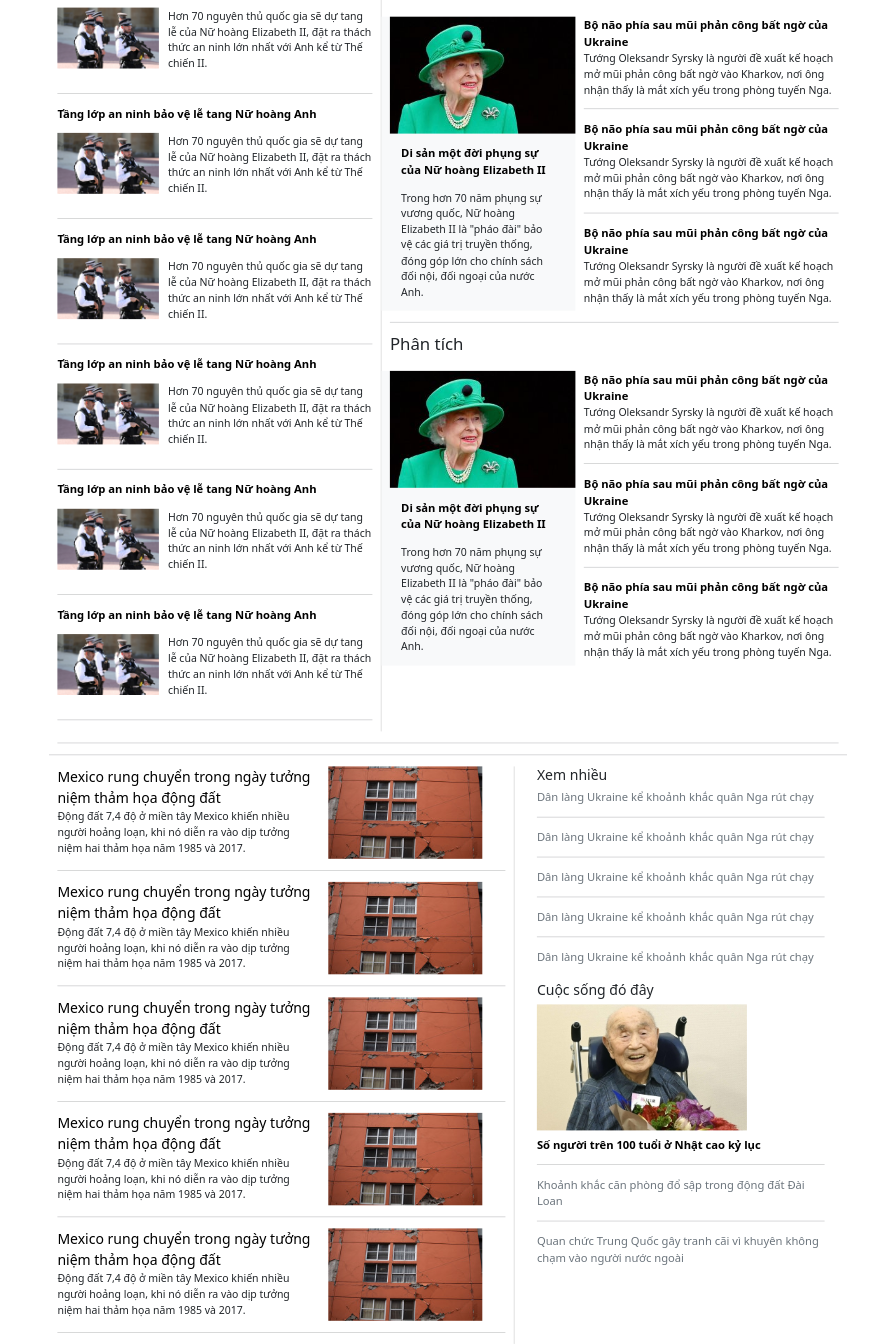
Repository: trongtamdev/lession1_html_sleepcloud
Page: vnExpress.html
An editor plug-in stored every save of this project. The page is shown before and after the next save, followed by the edit.
The browser window is 1280 px wide. The pictures show the part of the page from y = 707 to 2627 px (the page is 2627 px tall), at 70% of full size.

Above is the page before, as saved 2022-09-20 15:40:00.

### vnExpress.html
<!DOCTYPE html>
<html lang="en">
  <head>
    <meta charset="UTF-8" />
    <meta http-equiv="X-UA-Compatible" content="IE=edge" />
    <meta name="viewport" content="width=device-width, initial-scale=1.0" />
    <title>VNExpress</title>
    <link href="./styles/bootstrap.css" rel="stylesheet" />
    <link href="./styles/main.css" rel="stylesheet" />
  </head>
  <body>
    <div class="container">
      <div class="row">
        <div class="col-lg-8 mt-3">
          <div class="row bg-light">
            <div class="col-8">
              <img
                class="img-fluid"
                src="./assets/vnEpressImage/spotlight.jpg"
                alt="img-spotlight"
              />
            </div>
            <div class="col-4 mt-3">
              <h4><b>Tầng lớp an ninh bảo vệ lễ tang Nữ hoàng Anh</b></h4>
              <div class="mb-3">
                Hơn 70 nguyên thủ quốc gia sẽ dự tang lễ của Nữ hoàng Elizabeth
                II, đặt ra thách thức an ninh lớn nhất với Anh kể từ Thế chiến
                II.
              </div>
              <span class="text-muted">1' trước</span>
              <span class="text-muted mx-2">Thế giới</span>
            </div>
          </div>
          <hr />
          <div class="row">
            <div class="col-4">
              <a class="title-post" href="#">
                <b>
                  Điện Kremlin nói Nga - Trung không tìm cách kiểm soát thế
                  giới</b
                >
              </a>
              <div>
                Điện Kremlin cho rằng Nga, Trung Quốc không tìm cách kiểm soát
                thế giới "như những nước khác" và tố Mỹ là nguồn cơn của các
                hành động khiêu khích.
              </div>
            </div>
            <div class="col-4">
              <a class="title-post" href="#">
                <b> Ukraine tuyên bố chọc thủng phòng tuyến ven sông của Nga</b>
              </a>
              <div>
                Quân đội Ukraine tuyên bố các binh sĩ đã vượt sông Oskil đoạn
                chảy qua tỉnh Kharkov và phá vỡ phòng tuyến của lực lượng Nga.
              </div>
            </div>
            <div class="col-4">
              <a class="title-post" href="#">
                <b> Khoảnh khắc căn phòng đổ sập trong động đất Đài Loan</b>
              </a>
              <div>
                Phòng chơi cầu lông ở phía bắc Đài Loan rung lắc dữ dội và đổ
                sập trong lúc trận động đất mạnh 6,8 độ tấn công hòn đảo.
              </div>
            </div>
          </div>
          <hr />
          <div class="">
            <span class="text-muted">Chủ đề</span>
            <a class="ms-4 title-link" href="#"
              >Nữ hoàng Anh Elizabeth II qua đời</a
            >
          </div>
          <hr />
        </div>
        <!--END: LEFT SIDE 8 SPOTLIGHT-->

        <div class="col-lg-4 mt-3">
          <div class="row mt-3">
            <div class="col-7">
              <div>Alcaraz đưa Tây Ban Nha vào tứ kết Davis Cup Finals</div>
            </div>
            <div class="col-5">
              <img class="img" src="./assets/vnEpressImage/side-picture.jpg" />
            </div>
          </div>
          <hr />
          <div class="row mt-3">
            <div class="col-7">
              <div>Alcaraz đưa Tây Ban Nha vào tứ kết Davis Cup Finals</div>
            </div>
            <div class="col-5">
              <img class="img" src="./assets/vnEpressImage/side-picture.jpg" />
            </div>
          </div>
          <hr />
          <div class="row mt-3">
            <div class="col-7">
              <div>Alcaraz đưa Tây Ban Nha vào tứ kết Davis Cup Finals</div>
            </div>
            <div class="col-5">
              <img class="img" src="./assets/vnEpressImage/side-picture.jpg" />
            </div>
          </div>
          <hr />
          <div class="row mt-3">
            <div class="col-7">
              <div>Alcaraz đưa Tây Ban Nha vào tứ kết Davis Cup Finals</div>
            </div>
            <div class="col-5">
              <img class="img" src="./assets/vnEpressImage/side-picture.jpg" />
            </div>
          </div>
          <hr />
          <div class="row mt-3">
            <div class="col-7">
              <div>Alcaraz đưa Tây Ban Nha vào tứ kết Davis Cup Finals</div>
            </div>
            <div class="col-5">
              <img class="img" src="./assets/vnEpressImage/side-picture.jpg" />
            </div>
          </div>
          <hr />
          <div class="row mt-3">
            <div class="col-7">
              <div>Alcaraz đưa Tây Ban Nha vào tứ kết Davis Cup Finals</div>
            </div>
            <div class="col-5">
              <img class="img" src="./assets/vnEpressImage/side-picture.jpg" />
            </div>
          </div>
          <hr />
        </div>
        <!--END: RIGHT SIDE 4-->
      </div>
      <!-- END: Spotlight-->
      <div class="row mt-3">
        <div class="col-lg-5 border-right">
          <div class="row">
            <a class="title-post mb-3" href="#">
              <b>Tầng lớp an ninh bảo vệ lễ tang Nữ hoàng Anh</b>
            </a>
            <div class="col-4">
              <img class="img-side" src="./assets/vnEpressImage/side.jpg" />
            </div>
            <div class="col-8">
              <div>
                <p class="side-text">
                  Hơn 70 nguyên thủ quốc gia sẽ dự tang lễ của Nữ hoàng
                  Elizabeth II, đặt ra thách thức an ninh lớn nhất với Anh kể từ
                  Thế chiến II.
                </p>
              </div>
            </div>
          </div>
          <hr />
          <div class="row">
            <a class="title-post mb-3" href="#">
              <b>Tầng lớp an ninh bảo vệ lễ tang Nữ hoàng Anh</b>
            </a>
            <div class="col-4">
              <img class="img-side" src="./assets/vnEpressImage/side.jpg" />
            </div>
            <div class="col-8">
              <div>
                <p class="side-text">
                  Hơn 70 nguyên thủ quốc gia sẽ dự tang lễ của Nữ hoàng
                  Elizabeth II, đặt ra thách thức an ninh lớn nhất với Anh kể từ
                  Thế chiến II.
                </p>
              </div>
            </div>
          </div>
          <hr />
          <div class="row">
            <a class="title-post mb-3" href="#">
              <b>Tầng lớp an ninh bảo vệ lễ tang Nữ hoàng Anh</b>
            </a>
            <div class="col-4">
              <img class="img-side" src="./assets/vnEpressImage/side.jpg" />
            </div>
            <div class="col-8">
              <div>
                <p class="side-text">
                  Hơn 70 nguyên thủ quốc gia sẽ dự tang lễ của Nữ hoàng
                  Elizabeth II, đặt ra thách thức an ninh lớn nhất với Anh kể từ
                  Thế chiến II.
                </p>
              </div>
            </div>
          </div>
          <hr />
          <div class="row">
            <a class="title-post mb-3" href="#">
              <b>Tầng lớp an ninh bảo vệ lễ tang Nữ hoàng Anh</b>
            </a>
            <div class="col-4">
              <img class="img-side" src="./assets/vnEpressImage/side.jpg" />
            </div>
            <div class="col-8">
              <div>
                <p class="side-text">
                  Hơn 70 nguyên thủ quốc gia sẽ dự tang lễ của Nữ hoàng
                  Elizabeth II, đặt ra thách thức an ninh lớn nhất với Anh kể từ
                  Thế chiến II.
                </p>
              </div>
            </div>
          </div>
          <hr />
          <div class="row">
            <a class="title-post mb-3" href="#">
              <b>Tầng lớp an ninh bảo vệ lễ tang Nữ hoàng Anh</b>
            </a>
            <div class="col-4">
              <img class="img-side" src="./assets/vnEpressImage/side.jpg" />
            </div>
            <div class="col-8">
              <div>
                <p class="side-text">
                  Hơn 70 nguyên thủ quốc gia sẽ dự tang lễ của Nữ hoàng
                  Elizabeth II, đặt ra thách thức an ninh lớn nhất với Anh kể từ
                  Thế chiến II.
                </p>
              </div>
            </div>
          </div>
          <hr />
          <div class="row">
            <a class="title-post mb-3" href="#">
              <b>Tầng lớp an ninh bảo vệ lễ tang Nữ hoàng Anh</b>
            </a>
            <div class="col-4">
              <img class="img-side" src="./assets/vnEpressImage/side.jpg" />
            </div>
            <div class="col-8">
              <div>
                <p class="side-text">
                  Hơn 70 nguyên thủ quốc gia sẽ dự tang lễ của Nữ hoàng
                  Elizabeth II, đặt ra thách thức an ninh lớn nhất với Anh kể từ
                  Thế chiến II.
                </p>
              </div>
            </div>
          </div>
          <hr />
        </div>
        <!--END: SIDE CONTENT 5-->
        <div class="col-lg-7">
          <div class="row">
            <h4>Tư liệu</h4>
            <div class="col-5 bg-light mt-3">
              <img class="img-title" src="./assets/vnEpressImage/content.jpg" />

              <div class="px-3 py-3">
                <a class="title-post" href="#">
                  <b>Di sản một đời phụng sự của Nữ hoàng Elizabeth II</b>
                </a>
                <div class="side-text mt-3">
                  Trong hơn 70 năm phụng sự vương quốc, Nữ hoàng Elizabeth II là
                  "pháo đài" bảo vệ các giá trị truyền thống, đóng góp lớn cho
                  chính sách đối nội, đối ngoại của nước Anh.
                </div>
              </div>
            </div>
            <div class="col-7 mt-3">
              <div class="row">
                <a class="title-post" href="#">
                  <b>Bộ não phía sau mũi phản công bất ngờ của Ukraine</b>
                </a>
                <div class="side-text">
                  Tướng Oleksandr Syrsky là người đề xuất kế hoạch mở mũi phản
                  công bất ngờ vào Kharkov, nơi ông nhận thấy là mắt xích yếu
                  trong phòng tuyến Nga.
                </div>
              </div>
              <hr />
              <div class="row">
                <a class="title-post" href="#">
                  <b>Bộ não phía sau mũi phản công bất ngờ của Ukraine</b>
                </a>
                <div class="side-text">
                  Tướng Oleksandr Syrsky là người đề xuất kế hoạch mở mũi phản
                  công bất ngờ vào Kharkov, nơi ông nhận thấy là mắt xích yếu
                  trong phòng tuyến Nga.
                </div>
              </div>
              <hr />
              <div class="row">
                <a class="title-post" href="#">
                  <b>Bộ não phía sau mũi phản công bất ngờ của Ukraine</b>
                </a>
                <div class="side-text">
                  Tướng Oleksandr Syrsky là người đề xuất kế hoạch mở mũi phản
                  công bất ngờ vào Kharkov, nơi ông nhận thấy là mắt xích yếu
                  trong phòng tuyến Nga.
                </div>
              </div>
            </div>
          </div>
          <hr />
          <div class="row">
            <h4>Phân tích</h4>
            <div class="col-5 bg-light mt-3">
              <img class="img-title" src="./assets/vnEpressImage/content.jpg" />

              <div class="px-3 py-3">
                <a class="title-post" href="#">
                  <b>Di sản một đời phụng sự của Nữ hoàng Elizabeth II</b>
                </a>
                <div class="side-text mt-3">
                  Trong hơn 70 năm phụng sự vương quốc, Nữ hoàng Elizabeth II là
                  "pháo đài" bảo vệ các giá trị truyền thống, đóng góp lớn cho
                  chính sách đối nội, đối ngoại của nước Anh.
                </div>
              </div>
            </div>
            <div class="col-7 mt-3">
              <div class="row">
                <a class="title-post" href="#">
                  <b>Bộ não phía sau mũi phản công bất ngờ của Ukraine</b>
                </a>
                <div class="side-text">
                  Tướng Oleksandr Syrsky là người đề xuất kế hoạch mở mũi phản
                  công bất ngờ vào Kharkov, nơi ông nhận thấy là mắt xích yếu
                  trong phòng tuyến Nga.
                </div>
              </div>
              <hr />
              <div class="row">
                <a class="title-post" href="#">
                  <b>Bộ não phía sau mũi phản công bất ngờ của Ukraine</b>
                </a>
                <div class="side-text">
                  Tướng Oleksandr Syrsky là người đề xuất kế hoạch mở mũi phản
                  công bất ngờ vào Kharkov, nơi ông nhận thấy là mắt xích yếu
                  trong phòng tuyến Nga.
                </div>
              </div>
              <hr />
              <div class="row">
                <a class="title-post" href="#">
                  <b>Bộ não phía sau mũi phản công bất ngờ của Ukraine</b>
                </a>
                <div class="side-text">
                  Tướng Oleksandr Syrsky là người đề xuất kế hoạch mở mũi phản
                  công bất ngờ vào Kharkov, nơi ông nhận thấy là mắt xích yếu
                  trong phòng tuyến Nga.
                </div>
              </div>
            </div>
          </div>
        </div>
        <!--END: CONTENT 7-->
      </div>
      <hr />
      <div class="row mt-3">
        <hr />
        <div class="col-lg-7 border-right">
          <div class="row">
            <div class="col-7">
              <a class="title-content" href="#"
                >Mexico rung chuyển trong ngày tưởng niệm thảm họa động đất</a
              >
              <div class="side-text">
                Động đất 7,4 độ ở miền tây Mexico khiến nhiều người hoảng loạn,
                khi nó diễn ra vào dịp tưởng niệm hai thảm họa năm 1985 và 2017.
              </div>
            </div>
            <div class="col-5">
              <img
                class="img-content"
                src="./assets/vnEpressImage/content-medium.jpg"
              />
            </div>
          </div>
          <hr />

          <div class="row">
            <div class="col-7">
              <a class="title-content" href="#"
                >Mexico rung chuyển trong ngày tưởng niệm thảm họa động đất</a
              >
              <div class="side-text">
                Động đất 7,4 độ ở miền tây Mexico khiến nhiều người hoảng loạn,
                khi nó diễn ra vào dịp tưởng niệm hai thảm họa năm 1985 và 2017.
              </div>
            </div>
            <div class="col-5">
              <img
                class="img-content"
                src="./assets/vnEpressImage/content-medium.jpg"
              />
            </div>
          </div>
          <hr />

          <div class="row">
            <div class="col-7">
              <a class="title-content" href="#"
                >Mexico rung chuyển trong ngày tưởng niệm thảm họa động đất</a
              >
              <div class="side-text">
                Động đất 7,4 độ ở miền tây Mexico khiến nhiều người hoảng loạn,
                khi nó diễn ra vào dịp tưởng niệm hai thảm họa năm 1985 và 2017.
              </div>
            </div>
            <div class="col-5">
              <img
                class="img-content"
                src="./assets/vnEpressImage/content-medium.jpg"
              />
            </div>
          </div>
          <hr />

          <div class="row">
            <div class="col-7">
              <a class="title-content" href="#"
                >Mexico rung chuyển trong ngày tưởng niệm thảm họa động đất</a
              >
              <div class="side-text">
                Động đất 7,4 độ ở miền tây Mexico khiến nhiều người hoảng loạn,
                khi nó diễn ra vào dịp tưởng niệm hai thảm họa năm 1985 và 2017.
              </div>
            </div>
            <div class="col-5">
              <img
                class="img-content"
                src="./assets/vnEpressImage/content-medium.jpg"
              />
            </div>
          </div>
          <hr />

          <div class="row">
            <div class="col-7">
              <a class="title-content" href="#"
                >Mexico rung chuyển trong ngày tưởng niệm thảm họa động đất</a
              >
              <div class="side-text">
                Động đất 7,4 độ ở miền tây Mexico khiến nhiều người hoảng loạn,
                khi nó diễn ra vào dịp tưởng niệm hai thảm họa năm 1985 và 2017.
              </div>
            </div>
            <div class="col-5">
              <img
                class="img-content"
                src="./assets/vnEpressImage/content-medium.jpg"
              />
            </div>
          </div>
          <hr />
        </div>
        <!--END: CONTENT LIST 7-->
        <div class="col-lg-5">
          <div class="row mx-2">
            <div class="">
              <h5>Xem nhiều</h5>
              <div class="my-2">
                <a class="text-muted" href="#"
                  >Dân làng Ukraine kể khoảnh khắc quân Nga rút chạy
                </a>
                <hr />
              </div>

              <div class="my-2">
                <a class="text-muted" href="#"
                  >Dân làng Ukraine kể khoảnh khắc quân Nga rút chạy
                </a>
                <hr />
              </div>

              <div class="my-2">
                <a class="text-muted" href="#"
                  >Dân làng Ukraine kể khoảnh khắc quân Nga rút chạy
                </a>
                <hr />
              </div>

              <div class="my-2">
                <a class="text-muted" href="#"
                  >Dân làng Ukraine kể khoảnh khắc quân Nga rút chạy
                </a>
                <hr />
              </div>

              <div class="my-2">
                <a class="text-muted" href="#"
                  >Dân làng Ukraine kể khoảnh khắc quân Nga rút chạy
                </a>
              </div>
            </div>

            <div class="mt-3">
              <h5>Cuộc sống đó đây</h5>
              <div class="">
                <img src="./assets/vnEpressImage/side-content-medium.jpg" />
              </div>
              <div class="my-2">
                <a class="title-post"
                  ><b>Số người trên 100 tuổi ở Nhật cao kỷ lục</b></a
                >
              </div>
              <hr />
              <div class="my-2">
                <a class="text-muted" href="#"
                  >Khoảnh khắc căn phòng đổ sập trong động đất Đài Loan
                </a>
              </div>
              <hr>
              <div class="my-2">
                <a class="text-muted" href="#"
                  >Quan chức Trung Quốc gây tranh cãi vì khuyên không chạm vào
                  người nước ngoài
                </a>
              </div>
            </div>
          </div>
        </div>
        <!--END: CONTENT LIST SIDE 5-->
      </div>
    </div>
  </body>
</html>

### styles/main.css
.bg-blue {
    background: rgb(63,94,251);
}
.bg-gradient-blue {
    background: rgb(63,94,251);
    background: radial-gradient(circle, rgba(63,94,251,1) 0%, rgba(252,70,107,1) 100%);
}
.card-header.bg-blue {
    color: #fff;
    font-weight: bold;
}

.banner {
    background-color: #ddd;
    height: 320px;
}

img.img-frame {
    height: auto;
}
img.img-frame.small {
    width: 100px;
}
img.img-frame.bigsize {
    width: 400px;
}



/* VNExpress */
.img{
    width: 100px;
    height: 60px;

    object-fit: cover;
}

.img-side{
    width: 145px;
    height: 87px;

    object-fit: cover;
}

.img-title{
    width: 265px;
    height: 167px;
}

.img-content{
    width: 220px;
    height: 132px;
}

.side-text{
    font-size: 15px;
}

.border-right{
    border-right: 1px solid lightgray;
}

a{
    text-decoration: none;

}
.title-link{
    color: #9f224e;
}
.title-post{
    color: black;
    text-decoration: none;

    font-size: 16px;
}

.title-content{
    color: black;
    font-size: 20px;
    text-decoration: none;
    font-weight: 500;
}

Loaded but not shown: styles/bootstrap.css (library)

After the next save:
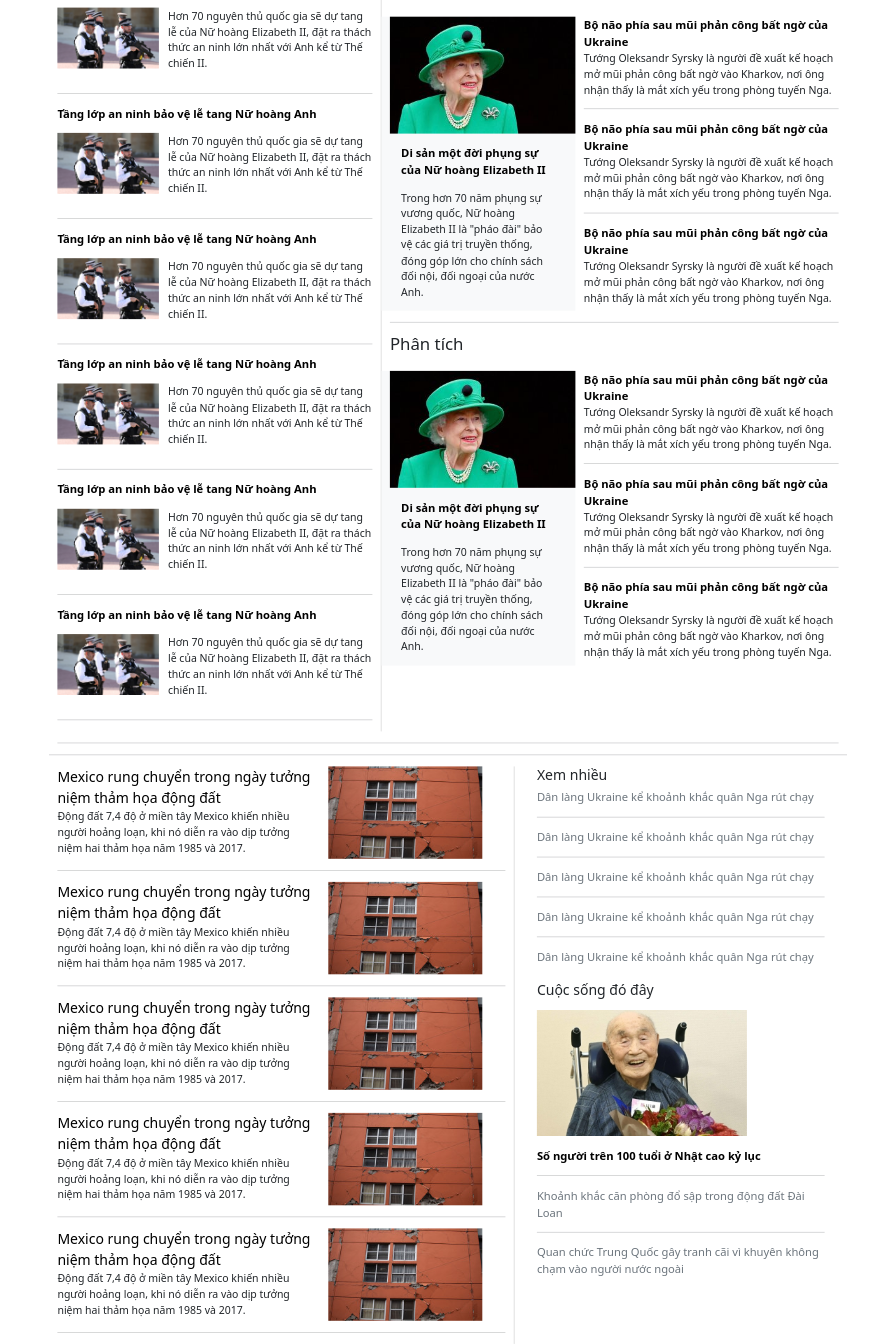
Saved 23 s later.
--- a/vnExpress.html
+++ b/vnExpress.html
@@ -495,7 +495,7 @@
 
             <div class="mt-3">
               <h5>Cuộc sống đó đây</h5>
-              <div class="">
+              <div class="my-3">
                 <img src="./assets/vnEpressImage/side-content-medium.jpg" />
               </div>
               <div class="my-2">
@@ -509,7 +509,7 @@
                   >Khoảnh khắc căn phòng đổ sập trong động đất Đài Loan
                 </a>
               </div>
-              <hr>
+              <hr />
               <div class="my-2">
                 <a class="text-muted" href="#"
                   >Quan chức Trung Quốc gây tranh cãi vì khuyên không chạm vào
